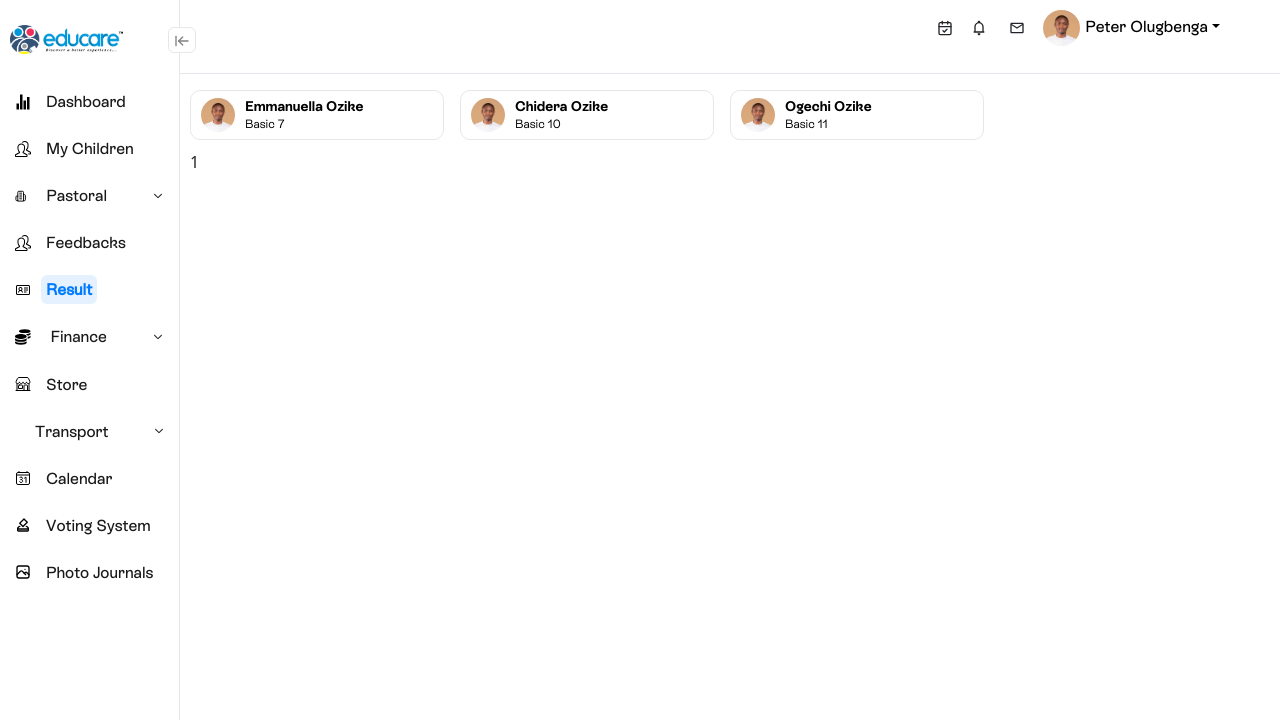
Repository: sarahnnanyelugo/educare-dashboards
Page: /result
The author's editor kept a copy of each file at every save. The page is drawn from the files as they stood at one save, then again after the next save.
The browser window is 1280 px wide. The pictures show the whole page.
The project was rebuilt for these pictures with package versions that can differ from the ones it lists, and the page was loaded fresh each time. Also part of the build but not shown: src/Dashboards/Parents/MainView/main-view.scss, src/components/News/news.scss, src/components/News/News.js, src/TestData/newsData.js, src/TestData/schEvents.js, src/components/ResultChart/ResultChart.js, src/components/Calender/calender.scss, src/components/Calender/Calender.js and 13 more.

Above is the page before, as saved 2024-10-16 11:32:18.

After the next save:
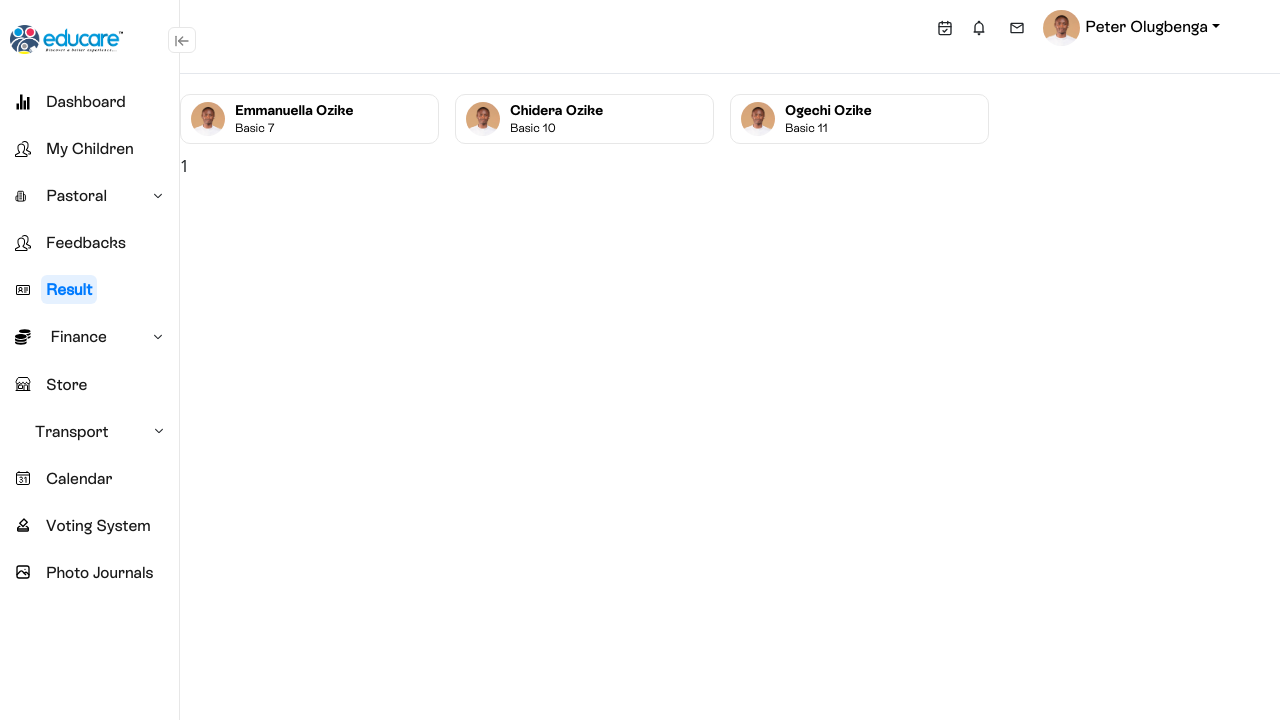
Saved 83 s later.
--- a/src/Dashboards/Parents/Result/result.scss
+++ b/src/Dashboards/Parents/Result/result.scss
@@ -6,5 +6,5 @@
   display: block;
 }
 .results-div {
-  padding: 0 10px;
+  padding: 20px 0 10px;
 }
